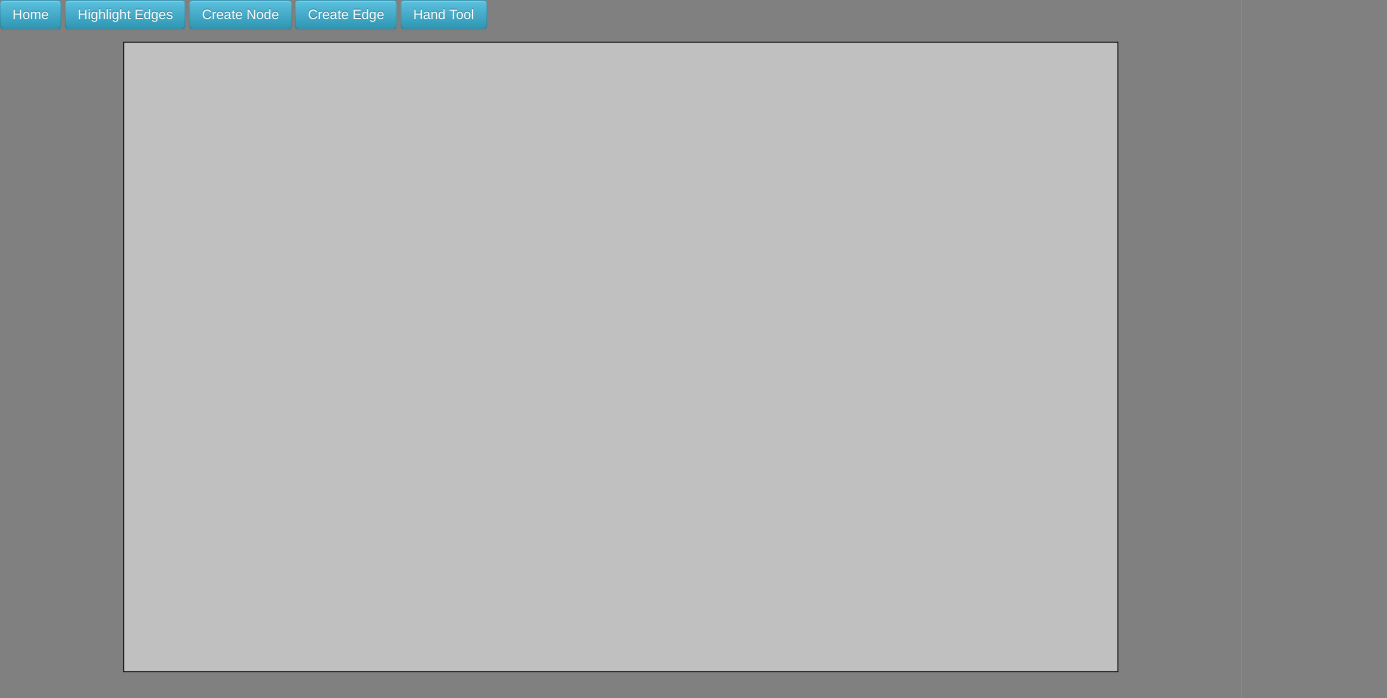
Repository: OrionDevelopers/projectwall
Page: graphSubjectPrototype2(usingKintetic)/graphSubjectPrototype2/graphSubject.html
The author's editor kept a copy of each file at every save. The page is drawn from the files as they stood at one save, then again after the next save.
The browser window is 1280 px wide. The page is 1280 px wide, then 1430 px, then 1280 px, so the pictures cover 1430 px, including what lies to the right of the window. The pictures show the whole page, at 97% of full size.

Above is the page before, as saved 2013-04-18 08:49:15.
Console error: ReferenceError: onBodyLoad is not defined

After the next save:
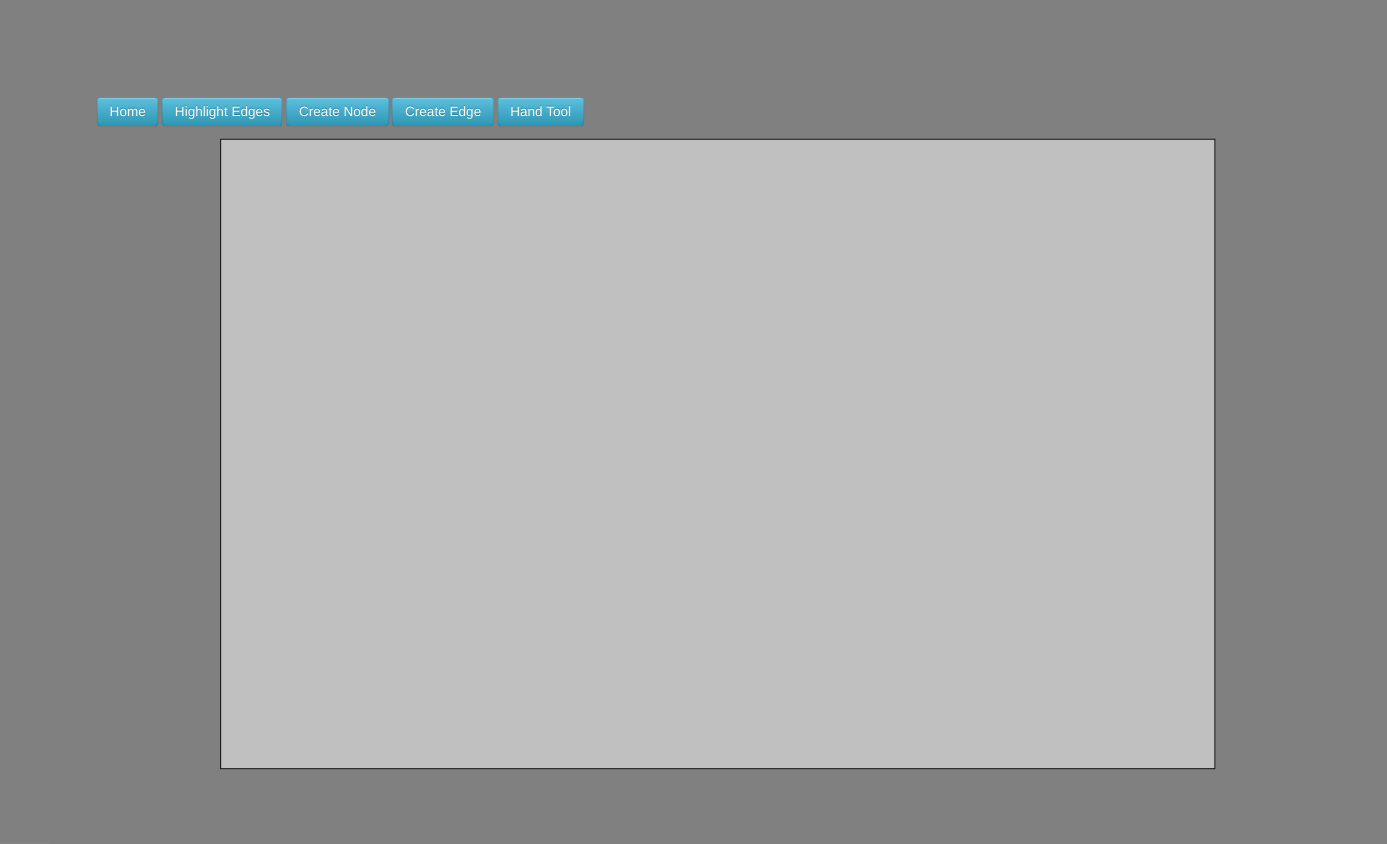
Saved 29 s later.
--- a/graphSubjectPrototype2(usingKintetic)/graphSubjectPrototype2/css/graphSubject.css
+++ b/graphSubjectPrototype2(usingKintetic)/graphSubjectPrototype2/css/graphSubject.css
@@ -6,6 +6,7 @@
 	width:100%;
 	height:100%;
 	background-color: gray;
+	padding:50px;
 }
 #container{
 	width:80%;

After the save that followed:
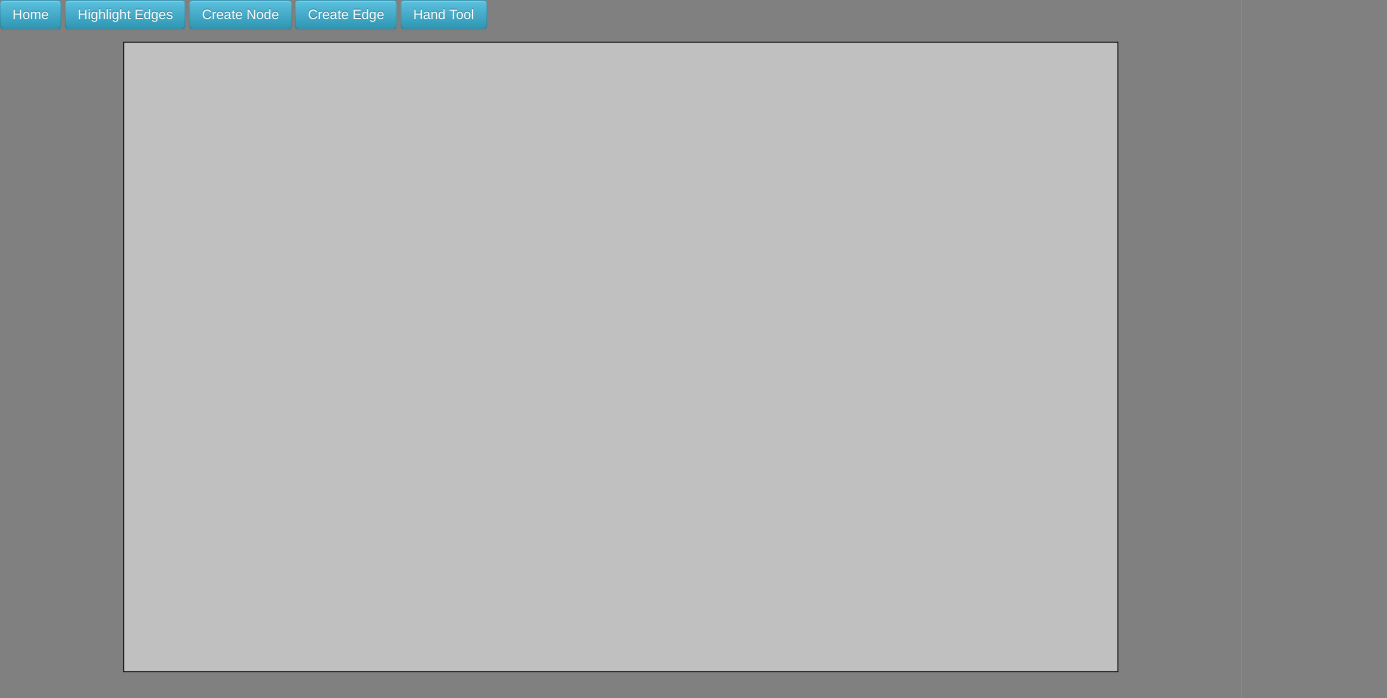
Saved 7 s later.
--- a/graphSubjectPrototype2(usingKintetic)/graphSubjectPrototype2/css/graphSubject.css
+++ b/graphSubjectPrototype2(usingKintetic)/graphSubjectPrototype2/css/graphSubject.css
@@ -6,7 +6,7 @@
 	width:100%;
 	height:100%;
 	background-color: gray;
-	padding:50px;
+
 }
 #container{
 	width:80%;
